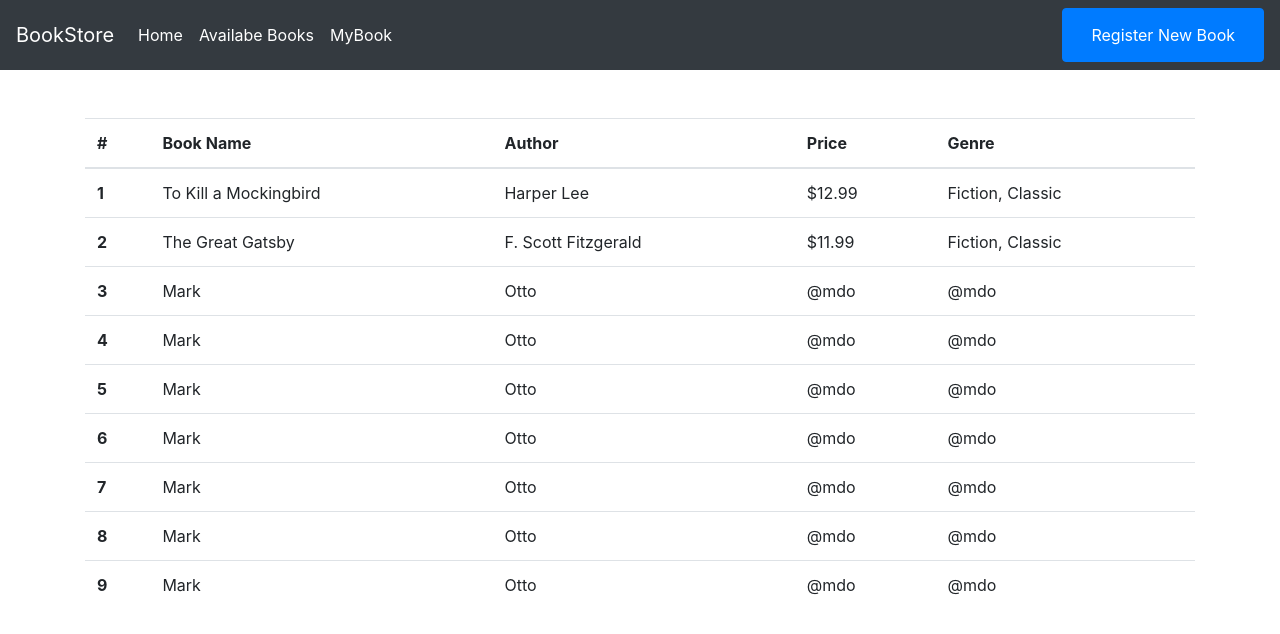
Repository: Sumanta-Sahoo/BookStoreApp
Page: bookstore/src/main/resources/static/availabeBooks.html
An editor plug-in stored every save of this project. The page is shown before and after the next save, followed by the edit.
The browser window is 1280 px wide. The pictures show the whole page.

Above is the page before, as saved 2024-03-15 12:40:55.

### bookstore/src/main/resources/static/availabeBooks.html
<!doctype html>
<html lang="en">

<head>
	<!-- Required meta tags -->
	<meta charset="utf-8">
	<meta name="viewport" content="width=device-width, initial-scale=1, shrink-to-fit=no">

	<!-- Bootstrap CSS -->
	<link rel="stylesheet" href="https://cdn.jsdelivr.net/npm/bootstrap@4.4.1/dist/css/bootstrap.min.css"
		integrity="sha384-Vkoo8x4CGsO3+Hhxv8T/Q5PaXtkKtu6ug5TOeNV6gBiFeWPGFN9MuhOf23Q9Ifjh" crossorigin="anonymous">

	<title>BookStore</title>
</head>

<body>
	<nav class="navbar navbar-expand-lg navbar-light bg-dark">
		<a class="navbar-brand text-white" href="#">BookStore</a>
		<button class="navbar-toggler" type="button" data-toggle="collapse" data-target="#navbarSupportedContent"
			aria-controls="navbarSupportedContent" aria-expanded="false" aria-label="Toggle navigation">
			<span class="navbar-toggler-icon"></span>
		</button>

		<div class="collapse navbar-collapse" id="navbarSupportedContent">
			<ul class="navbar-nav mr-auto">
				<li class="nav-item active">
					<a class="nav-link text-white" href="#">Home<span class="sr-only">(current)</span></a>
				</li>
				<li class="nav-item">
					<a class="nav-link text-white" href="availabe_books">Availabe Books</a>
				</li>
				<li class="nav-item">
					<a class="nav-link text-white" href="my_books">MyBook</a>
				</li>
			</ul>
			<div>
				<button type="button" class="btn btn-primary"><a class="nav-link text-white"
						href="bookRegister">Register New Book</a></button>
			</div>

		</div>
	</nav>


	<div class="container my-5">
		<table class="table table-white table-hover">
			<thead>
				<tr>
					<th scope="col">#</th>
					<th scope="col">Book Name</th>
					<th scope="col">Author</th>
					<th scope="col">Price</th>
					<th scope="col">Genre</th>
				</tr>
			</thead>
			<tbody class="table-group-divider">
				<tr>
					<th scope="row">1</th>
					<td>To Kill a Mockingbird</td>
					<td>Harper Lee</td>
					<td>$12.99</td>
					<td>Fiction, Classic</td>
				</tr>
				<tr>
					<th scope="row">2</th>
					<td>The Great Gatsby</td>
					<td>F. Scott Fitzgerald</td>
					<td>$11.99</td>
					<td> Fiction, Classic</td>
				</tr>
				<tr>
					<th scope="row">3</th>
					<td>Mark</td>
					<td>Otto</td>
					<td>@mdo</td>
					<td>@mdo</td>
				</tr>
				<tr>
					<th scope="row">4</th>
					<td>Mark</td>
					<td>Otto</td>
					<td>@mdo</td>
					<td>@mdo</td>
				</tr>
				<tr>
					<th scope="row">5</th>
					<td>Mark</td>
					<td>Otto</td>
					<td>@mdo</td>
					<td>@mdo</td>
				</tr>
				<tr>
					<th scope="row">6</th>
					<td>Mark</td>
					<td>Otto</td>
					<td>@mdo</td>
					<td>@mdo</td>
				</tr>
				<tr>
					<th scope="row">7</th>
					<td>Mark</td>
					<td>Otto</td>
					<td>@mdo</td>
					<td>@mdo</td>
				</tr>
				<tr>
					<th scope="row">8</th>
					<td>Mark</td>
					<td>Otto</td>
					<td>@mdo</td>
					<td>@mdo</td>
				</tr>
				<tr>
					<th scope="row">9</th>
					<td>Mark</td>
					<td>Otto</td>
					<td>@mdo</td>
					<td>@mdo</td>
				</tr>

			</tbody>
		</table>
	</div>

	<!-- Optional JavaScript -->
	<!-- jQuery first, then Popper.js, then Bootstrap JS -->
	<script src="https://code.jquery.com/jquery-3.4.1.slim.min.js"
		integrity="sha384-J6qa4849blE2+poT4WnyKhv5vZF5SrPo0iEjwBvKU7imGFAV0wwj1yYfoRSJoZ+n"
		crossorigin="anonymous"></script>
	<script src="https://cdn.jsdelivr.net/npm/popper.js@1.16.0/dist/umd/popper.min.js"
		integrity="sha384-Q6E9RHvbIyZFJoft+2mJbHaEWldlvI9IOYy5n3zV9zzTtmI3UksdQRVvoxMfooAo"
		crossorigin="anonymous"></script>
	<script src="https://cdn.jsdelivr.net/npm/bootstrap@4.4.1/dist/js/bootstrap.min.js"
		integrity="sha384-wfSDF2E50Y2D1uUdj0O3uMBJnjuUD4Ih7YwaYd1iqfktj0Uod8GCExl3Og8ifwB6"
		crossorigin="anonymous"></script>
</body>

</html>

After the next save:
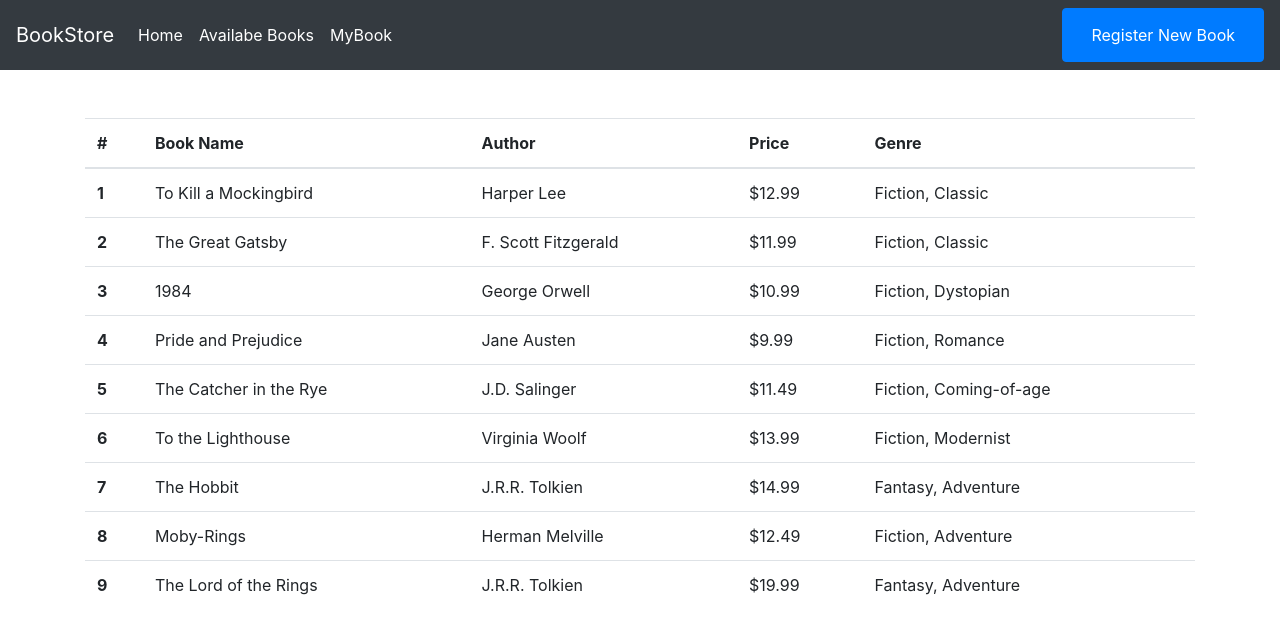
Saved 3 min 13 s later.
--- a/bookstore/src/main/resources/static/availabeBooks.html
+++ b/bookstore/src/main/resources/static/availabeBooks.html
@@ -70,52 +70,52 @@
 				</tr>
 				<tr>
 					<th scope="row">3</th>
-					<td>Mark</td>
-					<td>Otto</td>
-					<td>@mdo</td>
-					<td>@mdo</td>
+					<td>1984</td>
+					<td>George Orwell</td>
+					<td>$10.99</td>
+					<td>Fiction, Dystopian</td>
 				</tr>
 				<tr>
 					<th scope="row">4</th>
-					<td>Mark</td>
-					<td>Otto</td>
-					<td>@mdo</td>
-					<td>@mdo</td>
+					<td>Pride and Prejudice</td>
+					<td>Jane Austen</td>
+					<td> $9.99</td>
+					<td>Fiction, Romance</td>
 				</tr>
 				<tr>
 					<th scope="row">5</th>
-					<td>Mark</td>
-					<td>Otto</td>
-					<td>@mdo</td>
-					<td>@mdo</td>
+					<td>The Catcher in the Rye</td>
+					<td>J.D. Salinger</td>
+					<td>$11.49</td>
+					<td>Fiction, Coming-of-age</td>
 				</tr>
 				<tr>
 					<th scope="row">6</th>
-					<td>Mark</td>
-					<td>Otto</td>
-					<td>@mdo</td>
-					<td>@mdo</td>
+					<td>To the Lighthouse</td>
+					<td>Virginia Woolf</td>
+					<td> $13.99</td>
+					<td>Fiction, Modernist</td>
 				</tr>
 				<tr>
 					<th scope="row">7</th>
-					<td>Mark</td>
-					<td>Otto</td>
-					<td>@mdo</td>
-					<td>@mdo</td>
+					<td>The Hobbit</td>
+					<td>J.R.R. Tolkien</td>
+					<td>$14.99</td>
+					<td>Fantasy, Adventure</td>
 				</tr>
 				<tr>
 					<th scope="row">8</th>
-					<td>Mark</td>
-					<td>Otto</td>
-					<td>@mdo</td>
-					<td>@mdo</td>
+					<td>Moby-Rings</td>
+					<td>Herman Melville</td>
+					<td>$12.49</td>
+					<td>Fiction, Adventure</td>
 				</tr>
 				<tr>
 					<th scope="row">9</th>
-					<td>Mark</td>
-					<td>Otto</td>
-					<td>@mdo</td>
-					<td>@mdo</td>
+					<td>The Lord of the Rings</td>
+					<td>J.R.R. Tolkien</td>
+					<td>$19.99</td>
+					<td>Fantasy, Adventure</td>
 				</tr>
 
 			</tbody>
